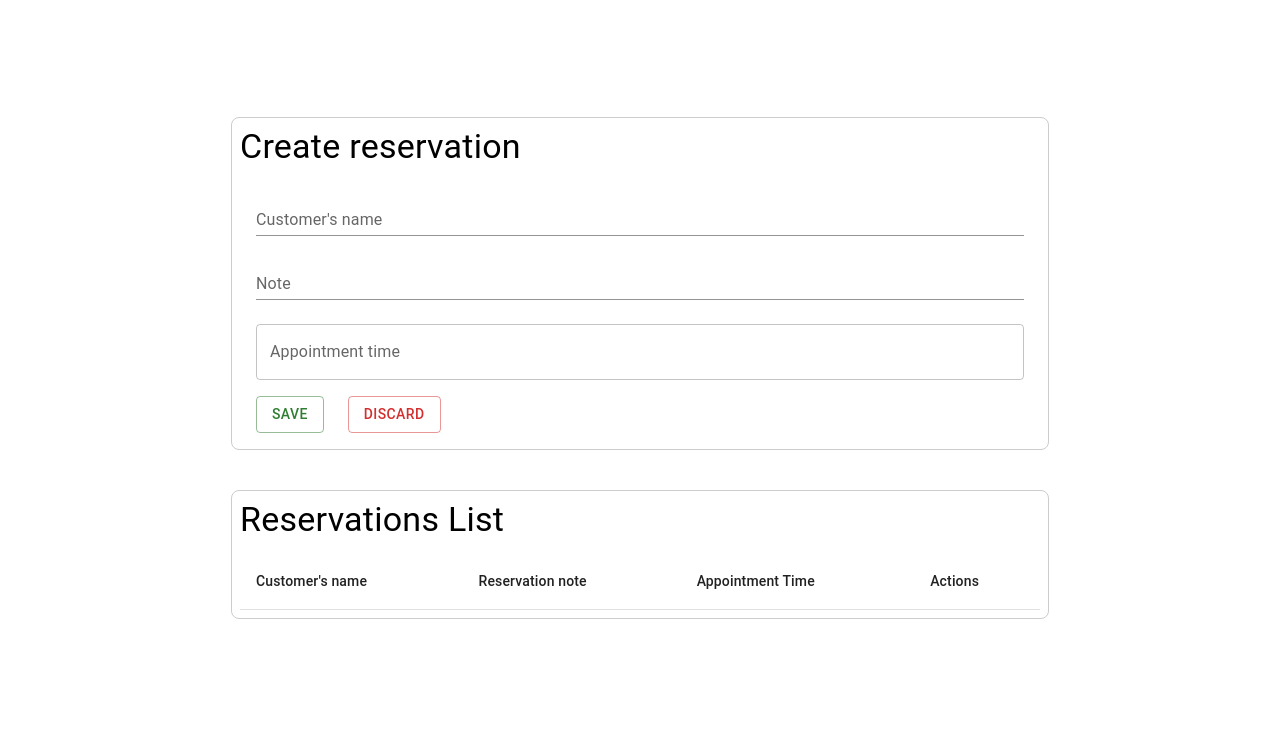
Repository: dovix58/PSP
Page: /beauty (app in frontEnd/)
An editor plug-in stored every save of this project. The page is shown before and after a run of saves, followed by the edit.
The browser window is 1280 px wide. The pictures show the whole page.
The page's requests for data from a server got no answer. The project was rebuilt for these pictures with package versions that can differ from the ones it lists, and the page was loaded fresh each time. No one was signed in, and anything a server would have sent is missing. Also part of the build but not shown: frontEnd/vite.config.ts, frontEnd/src/LandingPage.tsx, frontEnd/src/api/productAPI.ts, frontEnd/src/CreateOrder.tsx, frontEnd/src/api/OrderApi.ts, frontEnd/src/PaymentModal.tsx, frontEnd/src/OrderList.tsx, frontEnd/src/Styles.ts and 3 more.

Above is the page before, as saved 2024-12-19 15:54:17.

### frontEnd/src/main.tsx
import React from 'react';
import ReactDOM from 'react-dom/client';
import {createBrowserRouter, RouterProvider} from "react-router-dom";
import LandingPage from "./LandingPage";
import CateringPage from "./CatringPage";
import BeautyPage from "./BeautyPage";

const router = createBrowserRouter([
    {
        path: '/',
        element: <LandingPage />
    },
    {
        path: '/catering',
        element: <CateringPage />
    },
    {
        path: "/beauty",
        element: <BeautyPage/>
    }
]);
ReactDOM.createRoot(
    document.getElementById('root') as HTMLElement
).render(
    <React.StrictMode>
        <RouterProvider router={router} />
    </React.StrictMode>
);

### frontEnd/src/BeautyPage.tsx
import React from "react";
import { Box } from "@mui/material";
import ReservationList from "./ReservationList";
import CreateReservation from "./CreateReservation";

export default function BeautyPage() {
  return (
    <Box
      component="div"
      sx={{
        display: "flex",
        flexDirection: "column",
        alignItems: "center",
        justifyContent: "center",
        height: "100vh",
        gap: 3,
      }}
    >
      <CreateReservation />
      <ReservationList />
    </Box>
  );
}

### frontEnd/src/ReservationList.tsx
import React, { useEffect, useState } from "react";
import { format } from "date-fns";
import {
  Box,
  Typography,
  CircularProgress,
  Table,
  TableContainer,
  TableHead,
  TableRow,
  TableCell,
  TableBody,
  Button,
} from "@mui/material";
import useReservation from "./hooks/useReservation.js";

/*interface Reservation {
  id: string; // UUID
  businessId: string; // UUID
  userId: string; // UUID
  customer: string;
  note: string;
  createdAt: string; // ISO 8601 DateTime format
  updatedAt: string; // ISO 8601 DateTime format
  appointmentTime: string; // ISO 8601 DateTime format
}

type ReservationsResponse = Reservation[];*/

export default function ReservationList() {
  const [reservations, isLoading, getReservations] = useReservation();
  console.log("Reservations in list:", reservations, isLoading); // Log state to verify updates

  //Handler for a delete button
  const onDeleteHandler = async (id: string) => {
    try {
      const success = await deleteReservations(id);
      if (success) {
        await getReservations(); // Fetch updated reservations only on success
      }
    } catch (error) {
      console.error("Error during deletion:", error);
    }
  };

  const deleteReservations = async (id: string): Promise<boolean> => {
    try {
      const response = await fetch(`api/v1/reservations/${id}`, {
        method: "DELETE",
      });
      if (response.status === 204) {
        console.log("Reservation deleted successfully.");
        return true;
      } else {
        console.error("Failed to delete the reservation.");
        return false;
      }
    } catch (error) {
      console.error("Error during deletion:", error);
      return false;
    }
  };

  return (
    <Box
      sx={{
        border: "1px solid #ccc",
        borderRadius: "8px",
        padding: "8px",
        margin: "8px 0",
        maxHeight: 400,
        width: 800,
        overflowY: "auto",
      }}
    >
      <Typography variant="h4" gutterBottom>
        Reservations List
      </Typography>{" "}
      {isLoading ? (
        <CircularProgress />
      ) : reservations != null && reservations.length === 0 ? (
        <Typography variant="h6">No reservations are made...</Typography>
      ) : (
        <TableContainer>
          <Table>
            <TableHead>
              <TableRow>
                <TableCell align="left">Customer's name</TableCell>
                <TableCell align="left">Reservation note</TableCell>
                <TableCell align="left">Appointment Time</TableCell>
                <TableCell align="left">Actions</TableCell>
              </TableRow>
            </TableHead>
            <TableBody>
              {reservations?.map((r, index) => (
                <TableRow key={r.id}>
                  <TableCell align="left">{r.customer}</TableCell>
                  <TableCell align="left">{r.note}</TableCell>
                  <TableCell align="left">
                    {format(new Date(r.appointmentTime), "MMMM d, yyyy hh:mm ")}
                  </TableCell>
                  <TableCell align="left">
                    <Button
                      variant="outlined"
                      color="error"
                      onClick={() => onDeleteHandler(r.id)}
                    >
                      Delete
                    </Button>
                  </TableCell>
                </TableRow>
              ))}
            </TableBody>
          </Table>
        </TableContainer>
      )}
    </Box>
  );
}

### frontEnd/src/CreateReservation.tsx
import React, { useState } from "react";
import dayjs, { Dayjs } from "dayjs";
import { Box, Typography, TextField, Stack, Button } from "@mui/material";
import { LocalizationProvider } from "@mui/x-date-pickers/LocalizationProvider";
import { DateTimePicker } from "@mui/x-date-pickers/DateTimePicker";
import { DemoContainer } from "@mui/x-date-pickers/internals/demo";
import { AdapterDayjs } from "@mui/x-date-pickers/AdapterDayjs";
import useReservation from "./hooks/useReservation.js";
import "dayjs/locale/en-gb";

export default function CreateReservation() {
  const [reservations, isLoading, getReservations, createReservation] =
    useReservation();

  const submitForm = async (e) => {
    e.preventDefault();
    const date = new Date(appointmentTime);
    // Step 2: Convert the Date object to local time (it will use your system's local time zone)
    const localDateTime = date.toLocaleString();

    const formData = {
      customer: name, // The name of the customer
      note: note, // The reservation note
      appointmentTime: localDateTime, // The converted appointment time
    };
    await createReservation(formData);
    setName("");
    setNote("");
    setAppointmentTime(null);
  };

  const [name, setName] = useState("");
  const [note, setNote] = useState("");
  const [appointmentTime, setAppointmentTime] = useState<Dayjs | null>(null);

  return (
    <Box
      sx={{
        border: "1px solid #ccc",
        borderRadius: "8px",
        padding: "8px",
        margin: "8px 0",
        maxHeight: 400,
        width: 800,
        overflowY: "auto",
      }}
    >
      <Typography variant="h4" gutterBottom>
        Create reservation
      </Typography>
      <Box sx={{ display: "flexColumn", px: 2, py: 1 }}>
        <form onSubmit={submitForm}>
          <Stack spacing={2}>
            <TextField
              id="name"
              label="Customer's name"
              variant="standard"
              value={name}
              onChange={(e) => setName(e.target.value)}
            />
            <TextField
              id="note"
              label="Note"
              variant="standard"
              value={note}
              onChange={(e) => setNote(e.target.value)}
            />
            <LocalizationProvider
              dateAdapter={AdapterDayjs}
              adapterLocale="en-gb"
            >
              <DemoContainer components={["DateTimePicker"]}>
                <DateTimePicker
                  label="Appointment time"
                  views={["year", "month", "day", "hours"]}
                  value={appointmentTime}
                  onChange={(newValue) => setAppointmentTime(newValue)}
                />
              </DemoContainer>
            </LocalizationProvider>
            <Stack direction="row" spacing={3}>
              <Button variant="outlined" color="success" type="submit">
                Save
              </Button>
              <Button variant="outlined" color="error" type="reset">
                Discard
              </Button>
            </Stack>
          </Stack>
        </form>
      </Box>
    </Box>
  );
}

### frontEnd/src/hooks/useReservation.ts
import { useState, useEffect } from "react";

interface Reservation {
  id: string; // UUID
  businessId: string; // UUID
  userId: string; // UUID
  customer: string;
  note: string;
  createdAt: string; // ISO 8601 DateTime format
  updatedAt: string; // ISO 8601 DateTime format
  appointmentTime: string; // ISO 8601 DateTime format
}

type ReservationsResponse = Reservation[];

export default function useReservations() {
  const [reservations, setReservations] = useState<any>(null);
  const [isLoading, setIsLoading] = useState(false);

  const getReservations = async () => {
    setIsLoading(true);
    try {
      const response = await fetch("/api/v1/reservations");
      const data = await response.json();
      console.log(data);
      setReservations((prevReservations) => [...data]);
    } catch (error) {
      console.error("Error fetching reservations:", error);
    } finally {
      setIsLoading(false);
    }
  };
  const createReservation = async (formData) => {
    try {
      const response = await fetch("api/v1/reservations", {
        method: "POST",
        headers: {
          "Content-Type": "application/json",
        },
        body: JSON.stringify(formData),
      });

      if (response.ok) {
        const responseData = await response.json();
        console.log("Reservation created successfully:", responseData);
        await getReservations(); // Re-fetch the reservations after creation
      } else {
        console.error("Failed to create reservation:", response.statusText);
      }
    } catch (error) {
      console.error("Error during POST request:", error);
    }
  };

  useEffect(() => {
    getReservations();
  }, []);

  return [reservations, isLoading, getReservations, createReservation];
}

Loaded but not shown: frontEnd/index.html (common file)

After the next 4 saves:
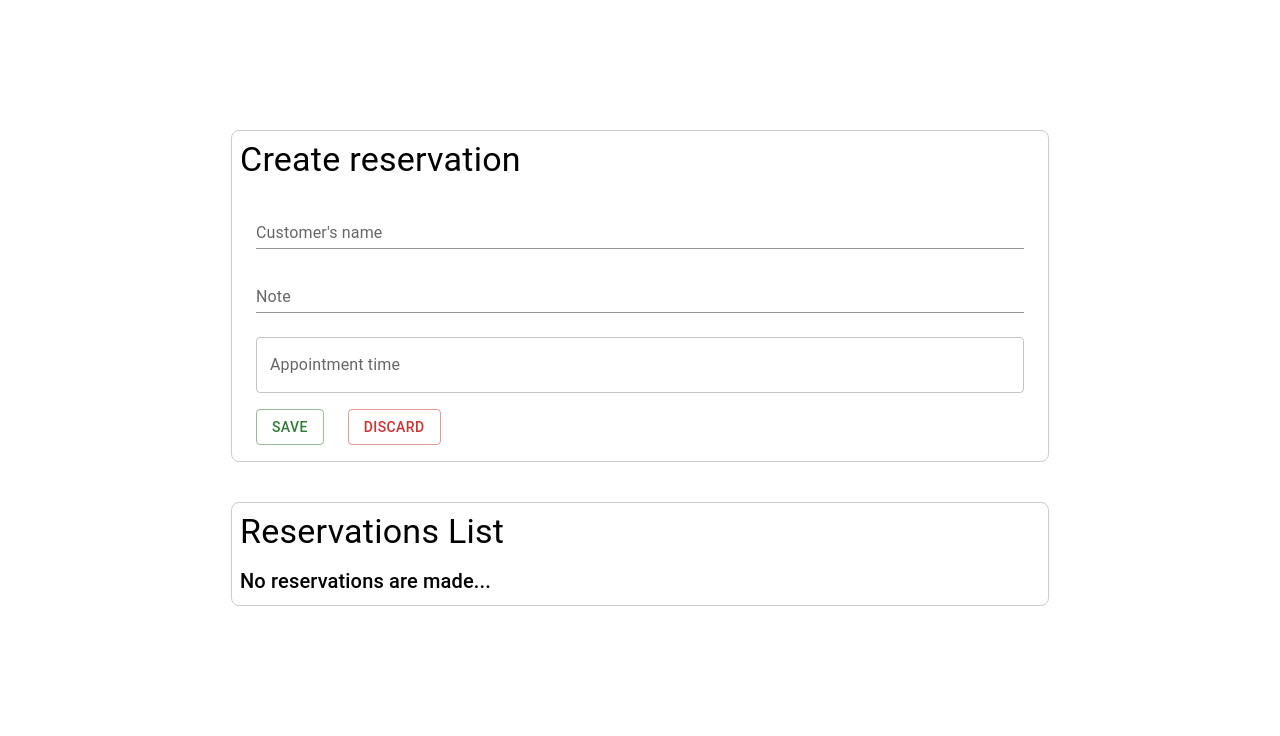
The 4 saves are shown as one change because they came seconds apart.
The last was saved 41 s later.
--- a/frontEnd/src/hooks/useReservation.ts
+++ b/frontEnd/src/hooks/useReservation.ts
@@ -14,7 +14,7 @@ interface Reservation {
 type ReservationsResponse = Reservation[];
 
 export default function useReservations() {
-  const [reservations, setReservations] = useState<any>(null);
+  const [reservations, setReservations] = useState<ReservationsResponse[]>([]);
   const [isLoading, setIsLoading] = useState(false);
 
   const getReservations = async () => {
